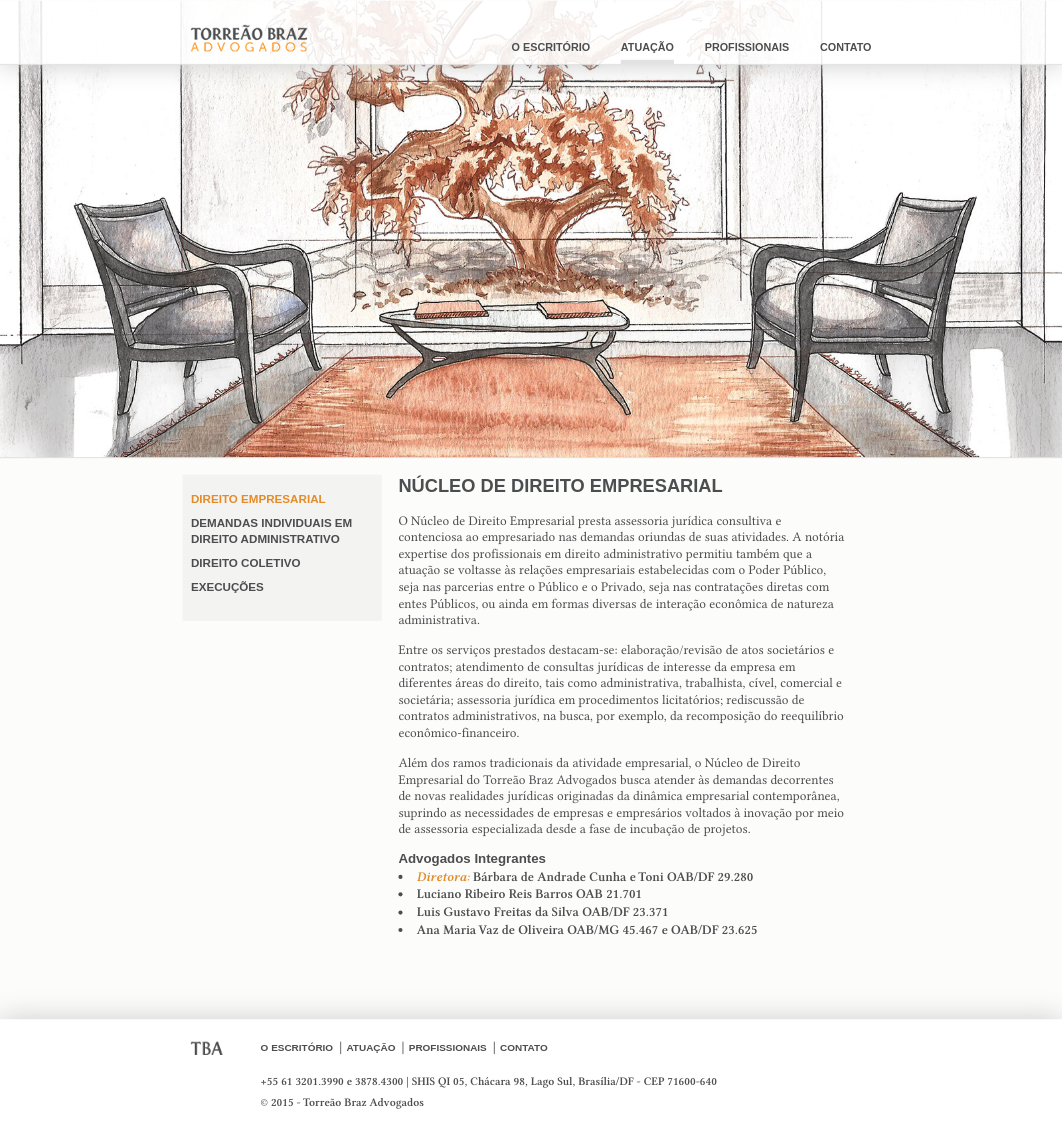
Repository: flira/torreao-braz
Page: dev/atuacao.html
The author's editor kept a record of every edit. The page is drawn from the files as they stood at one moment, then again after the next edit.
The browser window is 1280 px wide. The pictures show the whole page, at 83% of full size.
Some web libraries are served in a nearby version.

Above is the page before.
Console error: TypeError: Cannot read properties of null (reading 'getContext')

### dev/atuacao.html
<!DOCTYPE html>
<html class="no-js" lang="pt-BR" itemscope="itemscope" itemtype="http://schema.org/WebPage">

<head>
  <meta charset="utf-8">
  <!--[if IE]>
    <meta http-equiv="X-UA-Compatible" content="IE=Edge,chrome=1"/>
  <![endif]-->
  <meta name="viewport" content="width=device-width, initial-scale=1, minimal-ui">
  <meta http-equiv="cleartype" content="on">
  <title>Torreão Braz Advogados | Atuação</title>
  <meta name="description" content="Página do escritório de advocacia Torreão Braz">
  <meta property="og:url" content="http://www.torreaobraz.com.br" />
  <meta property="og:title" content="Torreão Braz Advogados" />
  <meta property="og:type" content="torreaobraz:page" />
  <meta property="og:image" content="favicon.png" />
  <meta property="og:description" content="Página do escritório de advocacia Torreão Braz" />
  <link rel="shortcut icon" href="favicon.png" type="image/png">
  <link rel="stylesheet" href="styles/style.css">
</head>

<body id="atuacao">
  <header class="body-header">
    <div class="encap">
      <h1 class="logo"><a href="/" title="Torreão Braz Advogados"></a></h1>
      <span class="main-menu-btn" id="main-menu-btn"></span>
      <nav id="main-menu-encap">
        <ul class="main-menu">
          <li><a href="escritorio.html">O escritório</a>
          </li>
          <li><a href="atuacao.html" class="selected">Atuação</a>
          </li>
          <li><a href="profissionais.html">Profissionais</a>
          </li>
          <!--<li><a href="publicacoes.html">Publicações</a>
          </li>-->
          <li><a href="contato.html">Contato</a>
          </li>
        </ul>
      </nav>
    </div>
  </header>
  <div role="main" id="main">
    <figure class="hero" id="hero"></figure>
    <div class="encap options">
      <ul class="options-list" id="options-list">
        <li><a href="#item-1" class="selected">Direito empresarial</a>
        </li>
        <li><a href="#item-2">Demandas individuais em direito administrativo</a>
        </li>
        <li><a href="#item-3">Direito coletivo</a>
        </li>
        <li><a href="#item-4">Execuções</a>
        </li>
      </ul>
      <div class="options-content">
        <div id="item-1" class="selected">
          <h1>Núcleo de Direito Empresarial</h1>
          <p>O Núcleo de Direito Empresarial presta assessoria jurídica consultiva e contenciosa ao empresariado nas demandas oriundas de suas atividades. A notória expertise dos profissionais em direito administrativo permitiu também que a atuação se voltasse às relações empresariais estabelecidas com o Poder Público, seja nas parcerias entre o Público e o Privado, seja nas contratações diretas com entes Públicos, ou ainda em formas diversas de interação econômica de natureza administrativa.</p>
          <p>Entre os serviços prestados destacam-se: elaboração/revisão de atos societários e contratos; atendimento de consultas jurídicas de interesse da empresa em diferentes áreas do direito, tais como administrativa, trabalhista, cível, comercial e societária; assessoria jurídica em procedimentos licitatórios; rediscussão de contratos administrativos, na busca, por exemplo, da recomposição do reequilíbrio econômico-financeiro.</p>
          <p>Além dos ramos tradicionais da atividade empresarial, o Núcleo de Direito Empresarial do Torreão Braz Advogados busca atender às demandas decorrentes de novas realidades jurídicas originadas da dinâmica empresarial contemporânea, suprindo as necessidades de empresas e empresários voltados à inovação por meio de assessoria especializada desde a fase de incubação de projetos.</p>
          <h2>Advogados Integrantes</h2>
          <ul>
            <li><em>Diretora:</em> Bárbara de Andrade Cunha e Toni OAB/DF 29.280</li>
            <li>Luciano Ribeiro Reis Barros OAB 21.701</li>
            <li>Luis Gustavo Freitas da Silva OAB/DF 23.371</li>
            <li>Ana Maria Vaz de Oliveira OAB/MG 45.467 e OAB/DF 23.625</li>
          </ul>
          <!-- <h2>Áreas de Atuação</h2>
          <ul>
            <li>Direito Empresarial</li>
            <li>Direito Trabalhista</li>
            <li>Direito Previdenciário</li>
            <li>Direito Imobiliário</li>
          </ul> -->
        </div>

        <div id="item-2">
          <h1>Núcleo de Demandas Individuais em Direito Administrativo</h1>
          <p>O Núcleo de Demandas Individuais em Direito Administrativo atua com profissionais experientes na defesa dos servidores perante a Administração Pública, da investidura no cargo até a aposentadoria.</p>
          <p>Tem como foco a defesa de direitos em concursos públicos, licenças, afastamentos, enquadramentos, gratificações de desempenho, aposentadorias e pensões. Destaca-se, também, na atividade consultiva e na elaboração de pareceres que orientam os servidores ao longo de toda a sua jornada profissional.</p>
          <p>Decorrentes da Constituição e das próprias leis que os regem, o exercício pelos servidores públicos dos seus direitos e deveres atrai a necessidade de informação, planejamento e defesa dos interesses durante toda a sua complexa e multifacetada trajetória.</p>
          <h2>Advogados Integrantes</h2>
          <ul>
            <li><em>Diretor:</em> Artur de Sousa Carrijo - OAB/DF 35.218</li>
            <li>Gabriela Gonçalves Teixeira C. Rocha - OAB/DF 29.234</li>
            <li>Luiza Emrich Torreão Braz - OAB/DF 38.083</li>
            <li>Susana Botár Mendonça - OAB/DF 44.800</li>
            <li>Renan Palhares Torreão Braz - OAB/DF 46.026</li>
          </ul>
        </div>

        <div id="item-3">
          <h1>Núcleo de Direito Coletivo</h1>
          <p>O Núcleo de Direito Coletivo é composto por advogados especializados em Direito Administrativo, principalmente na defesa dos direitos dos servidores públicos. Nessa área, presta serviços a diversas entidades de classe – sindicatos e associações – na advocacia contenciosa e consultiva.</p>
          <p>No tocante ao contencioso judicial, o Núcleo de Direito Coletivo propõe ações coletivas que visam à proteção dos direitos individuais homogêneos e dos direitos coletivos dos servidores. Além das medidas coletivas ordinárias, as ações constitucionais – Mandados de Segurança Coletivos, Mandados de Injunção Coletivos, Ações Diretas de Inconstitucionalidade, Reclamações, Arguições de Descumprimento de Preceito Fundamental, entre outras – são eficazes instrumentos utilizados no combate às irregularidades praticadas pelo Poder Público.</p>
          <p>Em relação à atividade consultiva, o Núcleo assegura ampla assessoria para as diretorias dos sindicatos e das associações. Nessa linha, analisa os atos de constituição e de estruturação dos seus clientes, bem como elabora pareceres, ofícios e requerimentos administrativos que subsidiam a atuação das entidades junto aos órgãos estatais.</p>
          <h2>Advogados Integrantes</h2>
          <ul>
            <li><em>Diretor:</em> Bruno Fischgold - OAB/DF 24.133</li>
            <li>Ana Torreão Braz Lucas de Morais - OAB/DF 24.128</li>
            <li>Larissa Benevides Gadelha Campos - OAB/DF 29.268</li>
            <li>Liliana Mascarenhas Coutinho - OAB/DF 38.781</li>
            <li>Júlia Pauro Oliveira - OAB/DF 40.361</li>
            <li>Deborah de Andrade Cunha e Toni - OAB/DF 43.145</li>
          </ul>
        </div>
        <div id="item-4">
          <h1>Núcleo de Execuções</h1>
          <p>O Núcleo de Execuções se dedica à concretização do direito reconhecido nas ações coletivas, mediante o efetivo pagamento dos valores devidos a cada beneficiário. Busca soluções inovadoras para o ajuizamento e a condução de execuções coletivas e individuais, o que envolve a liquidação e o cálculo dos créditos, bem como a organização de medidas individualizadas em favor de um grande número de pessoas.</p>
          <p>A equipe conta com profissionais experientes em execuções de títulos judiciais coletivos e com especialidade técnica voltada para as rotinas envolvidas na individualização do direito coletivo, tais como: identificação dos beneficiários; recebimento, triagem e organização dos documentos necessários à execução; cálculo judicial dos montantes devidos; propositura e acompanhamento dos processos desmembrados (gestão digital de processos em escala); disponibilidade de toda a informação útil à Entidade e ao filiado; dentre outras.</p>
          <p>A partir do domínio dessas competências organizacionais, o Núcleo de Execuções estende suas atividades a quaisquer tipos de execução – coletiva e individual, com ênfase em créditos contra a Fazenda Pública – e a outros procedimento em escala para a tutela de interesses coletivos e assistência jurídica a grande número de interessados.</p>
          <h2>Advogados Integrantes</h2>
          <ul>
            <li><em>Diretor:</em> Carlos Magno da Silva - OAB/DF 28.464</li>
            <li>Marcelo Assunção - OAB/DF 34.695</li>
            <li>Laura Carneiro de Mello Senra - OAB/DF 43.076</li>
            <li>Edilene Rossi Lacerda - OAB/DF 15.074</li>
            <li>Camila Tiburtino de Sena Fischgold - OAB/DF 29.363</li>
            <li>João Pereira Monteiro Neto - OAB/DF 28.571</li>
          </ul>
        </div>
      </div>
    </div>
  </div>
  <footer class="body-footer">
    <div class="encap">
      <div class="footer-logo">
        <a href="/" class="logo" title="Torreão Braz Advogados"></a>
      </div>
      <div class="footer-about">
        <nav>
          <ul class="site-map">
            <li><a href="escritorio.html">O escritório</a>
            </li>
            <li><a href="atuacao.html">Atuação</a>
            </li>
            <li><a href="profissionais.html">Profissionais</a>
            </li>
            <!--<li><a href="publicacoes.html">Publicações</a>
            </li>-->
            <li><a href="contato.html">Contato</a>
            </li>
          </ul>
        </nav>
        <div class="colofon">
          <address>
        +55 61 3201.3990 e 3878.4300 | SHIS QI 05, Chácara 98, Lago Sul, Brasília/DF - CEP 71600-640
          </address>
          <p class="copyright">
            © 2015 - Torreão Braz Advogados
          </p>
        </div>
      </div>
    </div>
  </footer>
  <script src="https://ajax.googleapis.com/ajax/libs/jquery/1.11.1/jquery.min.js"></script>
  <script src="scripts/scripts.js"></script>
  <script>
    (function(i,s,o,g,r,a,m){i['GoogleAnalyticsObject']=r;i[r]=i[r]||function(){
    (i[r].q=i[r].q||[]).push(arguments)},i[r].l=1*new Date();a=s.createElement(o),
    m=s.getElementsByTagName(o)[0];a.async=1;a.src=g;m.parentNode.insertBefore(a,m)
    })(window,document,'script','//www.google-analytics.com/analytics.js','ga');

    ga('create', 'UA-61024878-1', 'auto');
    ga('send', 'pageview');

  </script>
</body>

</html>

Loaded but not shown: dev/styles/style.css (library); dev/scripts/scripts.js (library)

After the next edit:
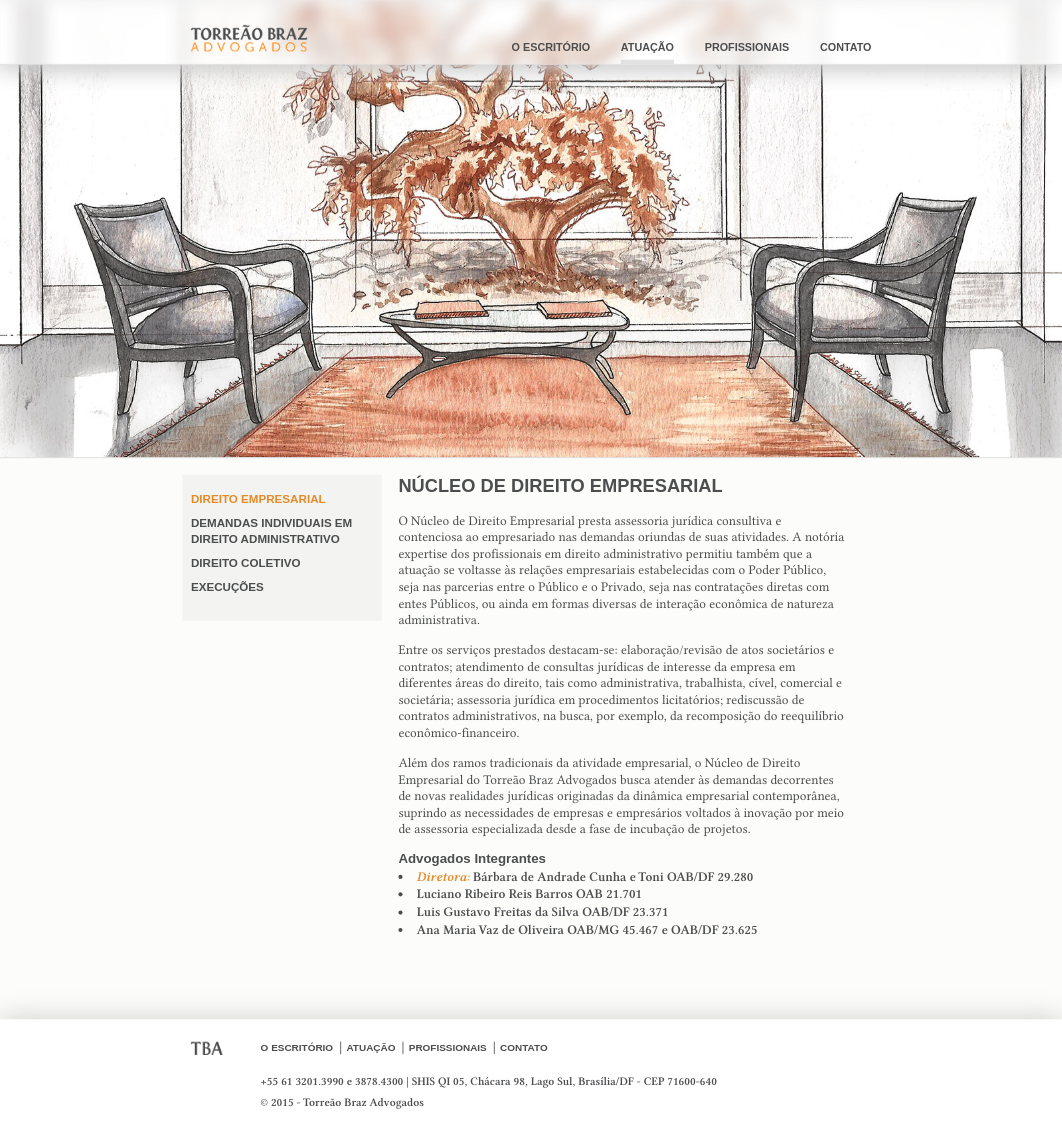
The error is gone.
The edit:
--- a/dev/atuacao.html
+++ b/dev/atuacao.html
@@ -40,6 +40,7 @@
       </nav>
     </div>
   </header>
+  <div class="blurheader"></div>
   <div role="main" id="main">
     <figure class="hero" id="hero"></figure>
     <div class="encap options">
